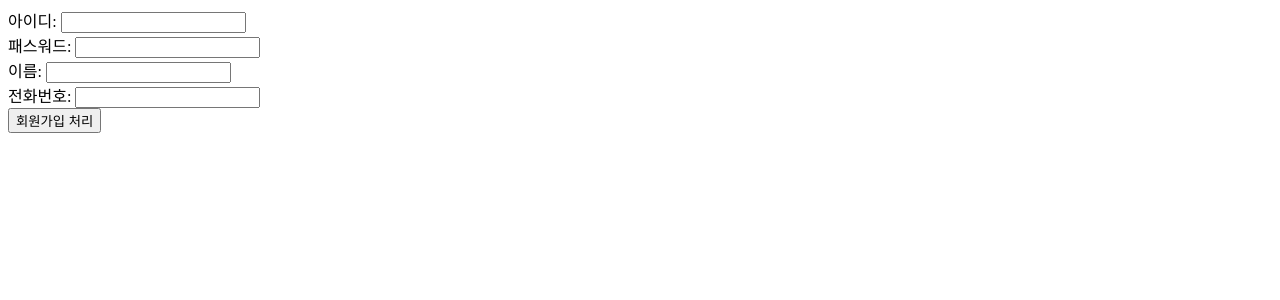
Repository: Hugh-KR/JSP_Project
Page: JSP_Project/src/main/webapp/member.html
The author's editor kept a copy of each file at every save. The page is drawn from the files as they stood at one save, then again after the next save.
The browser window is 1280 px wide. The pictures show the whole page.

Above is the page before, as saved 2022-11-07 08:11:04.

### JSP_Project/src/main/webapp/member.html
<!DOCTYPE html>
<html>
<head>
<meta charset="UTF-8">
<title>Insert title here</title>
</head>
<body>
<form action="insert.jsp">
아이디: <input name='id'> <br>
패스워드: <input name='pw'> <br>
이름: <input name='name'> <br>
전화번호: <input name='tel'> <br>

<button type="submit">회원가입 처리</button>
</form>
</body>
</html>

After the next save:
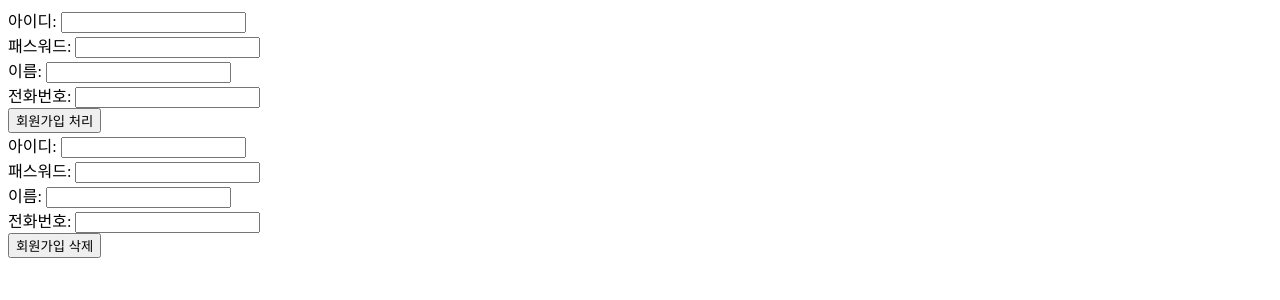
Saved 3 min 52 s later.
--- a/JSP_Project/src/main/webapp/member.html
+++ b/JSP_Project/src/main/webapp/member.html
@@ -13,5 +13,14 @@
 
 <button type="submit">회원가입 처리</button>
 </form>
+
+<form action="delete.jsp">
+아이디: <input name='id'> <br>
+패스워드: <input name='pw'> <br>
+이름: <input name='name'> <br>
+전화번호: <input name='tel'> <br>
+
+<button type="submit">회원가입 삭제</button>
+</form>
 </body>
 </html>
